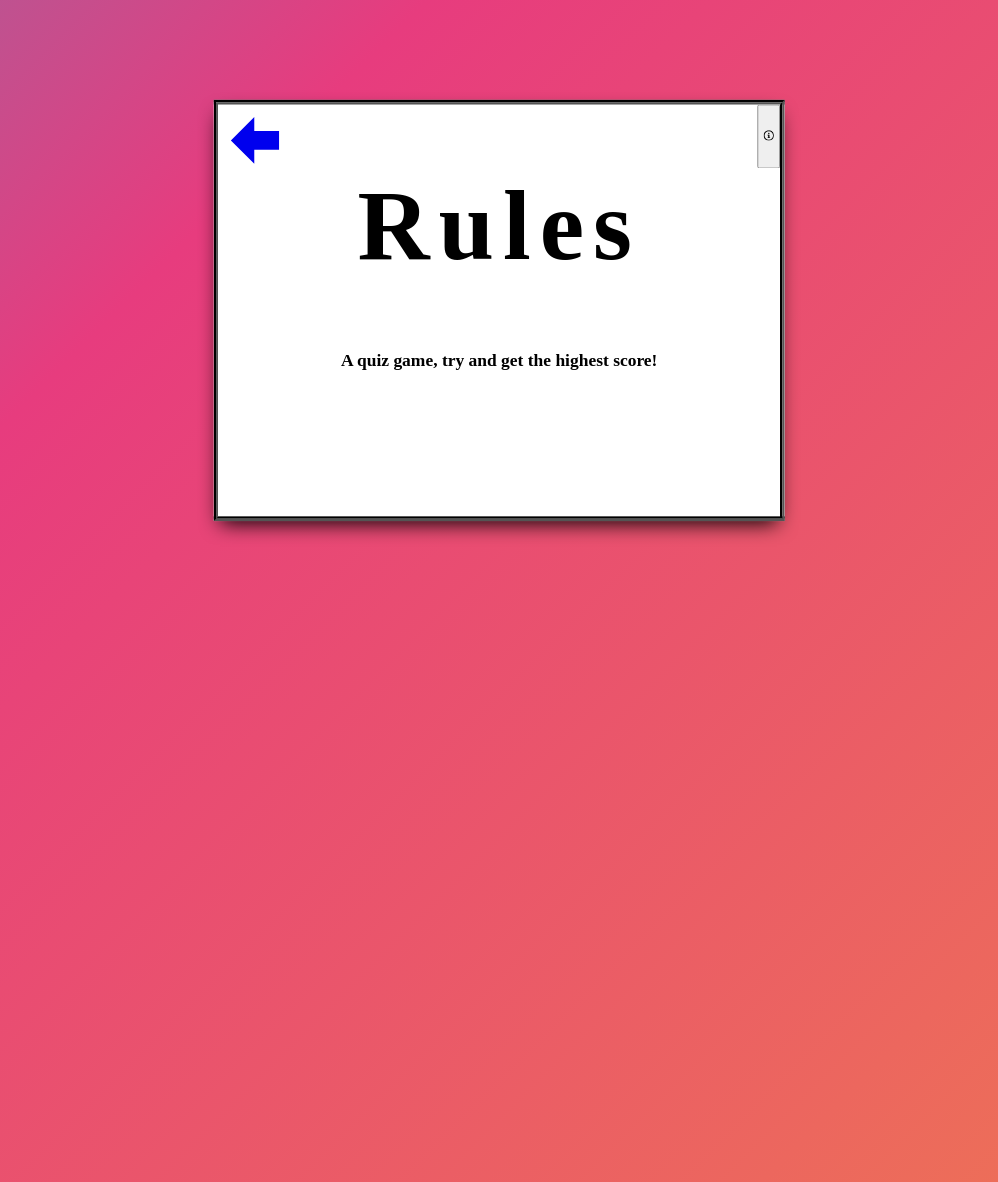
Repository: PatrickTheCodeGuy/QuizApp
Page: /newGame (app in quizapp/)
An editor plug-in stored every save of this project. The page is shown before and after the next save, followed by the edit.
The browser window is 1280 px wide. The pictures show the whole page, at 78% of full size.
The project was rebuilt for these pictures with package versions that can differ from the ones it lists, and the page was loaded fresh each time. A package was used in the major version that the imports need, not the one package.json lists. Also part of the build but not shown: quizapp/src/App.css, quizapp/src/components/Leaderboard/Leaderboard.css, quizapp/src/components/Leaderboard/Leaderboard.js, quizapp/src/components/StartMenu/StartMenu.js, quizapp/src/App.js.

Above is the page before, as saved 2021-07-08 19:04:39.

### quizapp/src/index.js
import React from 'react';
import ReactDOM from 'react-dom';
import './index.css';
import App from './App';
import GameInfo from './components/GameInfo/GameInfo';
import reportWebVitals from './reportWebVitals';
import {
  BrowserRouter as Router,
  Switch,
  Route,
  Link
} from "react-router-dom";

ReactDOM.render(
  <React.StrictMode>
    <Router>
          <Switch>
              <Route exact path="/" component={App}/>
              <Route path="/newGame" component={GameInfo}/>
          </Switch>
      </Router>
  </React.StrictMode>,
  document.getElementById('root')
);

// If you want to start measuring performance in your app, pass a function
// to log results (for example: reportWebVitals(console.log))
// or send to an analytics endpoint. Learn more: https://bit.ly/CRA-vitals
reportWebVitals();

### quizapp/src/index.css
body {
  margin: 0;
  font-family: -apple-system, BlinkMacSystemFont, 'Segoe UI', 'Roboto', 'Oxygen',
    'Ubuntu', 'Cantarell', 'Fira Sans', 'Droid Sans', 'Helvetica Neue',
    sans-serif;
  -webkit-font-smoothing: antialiased;
  -moz-osx-font-smoothing: grayscale;
  background: linear-gradient(-45deg, #ee7752, #e73c7e, #23a6d5, #23d5ab);
    background-size: 400% 400%;
    animation: gradient 15s ease infinite;
}

code {
  font-family: source-code-pro, Menlo, Monaco, Consolas, 'Courier New',
    monospace;
}
html, body, #app, #app>div {
  width: 100%;
  height:100%;
}

hr.rounded {
  border-top: 5px solid black;
    border-radius: 1px;
    width: 55%;
}

#root{
  display:flex;
}


@keyframes gradient {
    0% {
        background-position: 0% 50%;
    }
    50% {
        background-position: 100% 50%;
    }
    100% {
        background-position: 0% 50%;
    }
}

### quizapp/src/components/GameInfo/GameInfo.js
import React, { useState } from 'react';
import './GameInfo.css';
import {
	Link
} from 'react-router-dom';
import{ ImArrowLeft, ImInfo }from 'react-icons/im';
import Modal from 'react-modal';


function GameInfo() {
	// Fix for screen readers getting an error on modal mount
	Modal.setAppElement('#root');

	// Modal hook
	const [modalIsOpen, setModalIsOpen] = useState(false);
    return(
        <div className="gameInfo-container">
            <div className="gameInfo-header">
                <Link className="back-button" to="/">
																		<ImArrowLeft size={64} className="back-arrow"/>
																</Link>
																<button onClick={() => setModalIsOpen(true)}>
																	<ImInfo className="info-icon"/>
																</button>
																<Modal onRequestClose={() => setModalIsOpen(false)} isOpen={modalIsOpen}>
																		<h1>Modal is Open</h1>
																</Modal>
            </div>
            <div className="gameInfo-body">
																<h1 className="menu-text">Rules</h1>
                <p className="regular-text">A quiz game, try and get the highest score!</p>
            </div>

												</div>
    )
}

export default GameInfo;

### quizapp/src/components/GameInfo/GameInfo.css
.gameInfo-container{
    border: 6px groove black;
    text-align: center;
    background-color: white;
    box-shadow: 0px 12px 25px -8px #000000;
    width: 45em;
    height: 33em;
    margin: 10% auto;
}

.back-button {
    margin-left: 2%;
    margin-top: 2%;
}

.gameInfo-header{
    display: flex;
    justify-content: space-between;
}

### quizapp/src/components/StartMenu/StartMenu.css
.menu-text{
    font-family: 'Pacifico', cursive;
    font-size: 8em;
    letter-spacing: 0.09em;
    margin-top: 0%;
}

.regular-text{
    font-family:fantasy;
    font-weight:900;
    font-size: 1.4em;
    margin-bottom: 10%;
}

.button-start{
    padding: 20px 50px;
    font-family: 'Press Start 2P', cursive;
    height: 12%;
    background: linear-gradient(-42deg, #ee7752, #e73c7e, #23a6d5, #23d5ab);
    background-size: 400% 400%;
    animation: gradient 13s ease infinite;
    margin-top: 5%;
    color: white;
    border: none;
    font-size: x-large;
    font-weight: 600;
    transition: background-color 0.1s ease;
}

.button-start:hover{
    background: linear-gradient(-42deg, #a45137, #91254e, #15607b, #158268);
    background-size: 400% 400%;
    animation: gradient 13s ease infinite;
    color: black;
}

.button-start:active {
    border: 2px solid rgba(0, 0, 0, 0.564);
    background: white;
    color: rgb(43, 43, 43);
    transform: translateY(4px);
}

.menu-container{
    border: 6px groove black;
    text-align: center;
    background-color: white;
    box-shadow: 0px 12px 25px -8px #000000;
    width: 45em;
    height: 33em;
    margin: 20% 15%;
}

Loaded but not shown: quizapp/src/reportWebVitals.js (common file)

After the next save:
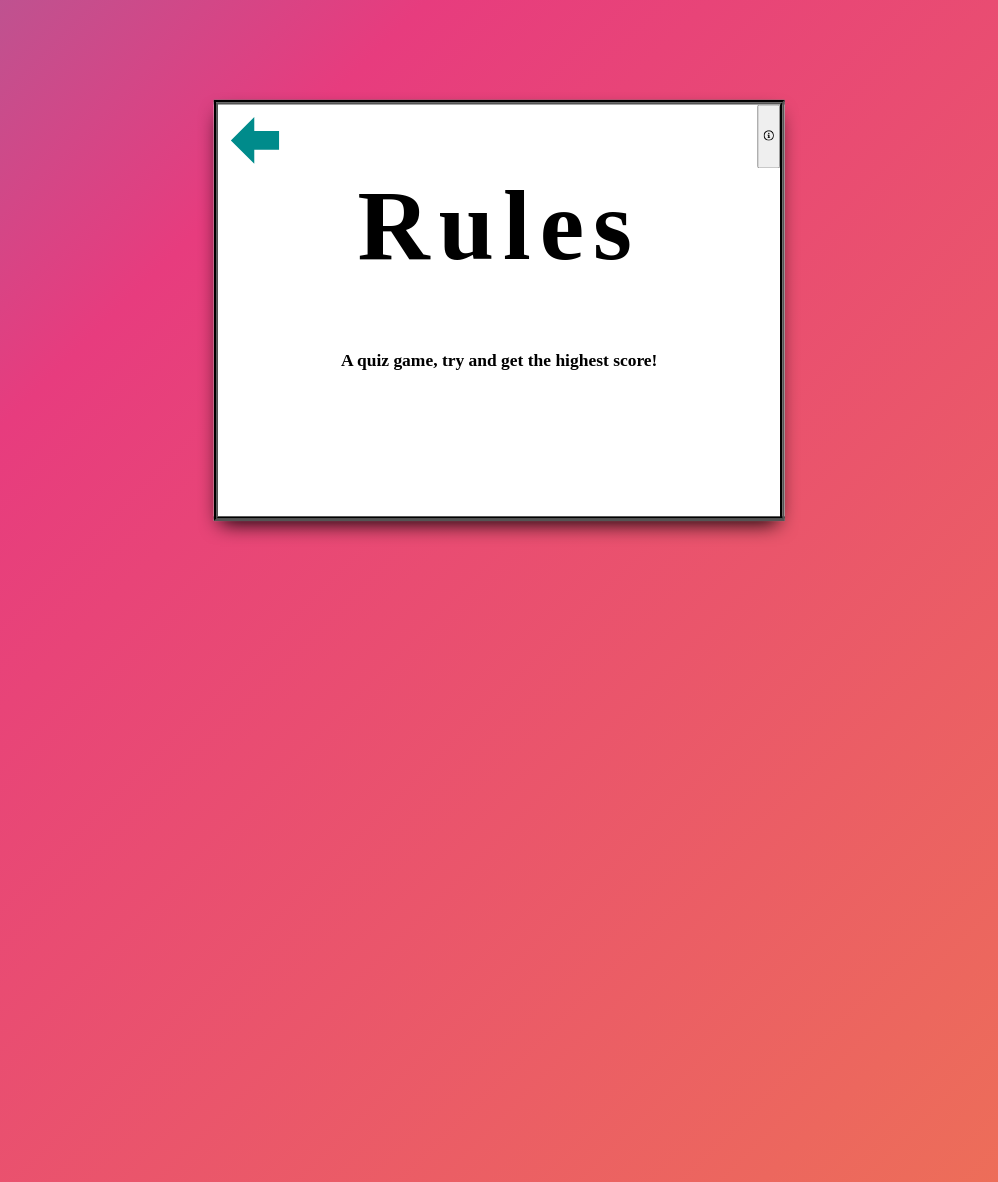
Saved 51 s later.
--- a/quizapp/src/components/GameInfo/GameInfo.css
+++ b/quizapp/src/components/GameInfo/GameInfo.css
@@ -11,6 +11,7 @@
 .back-button {
     margin-left: 2%;
     margin-top: 2%;
+    color: darkcyan;
 }
 
 .gameInfo-header{
